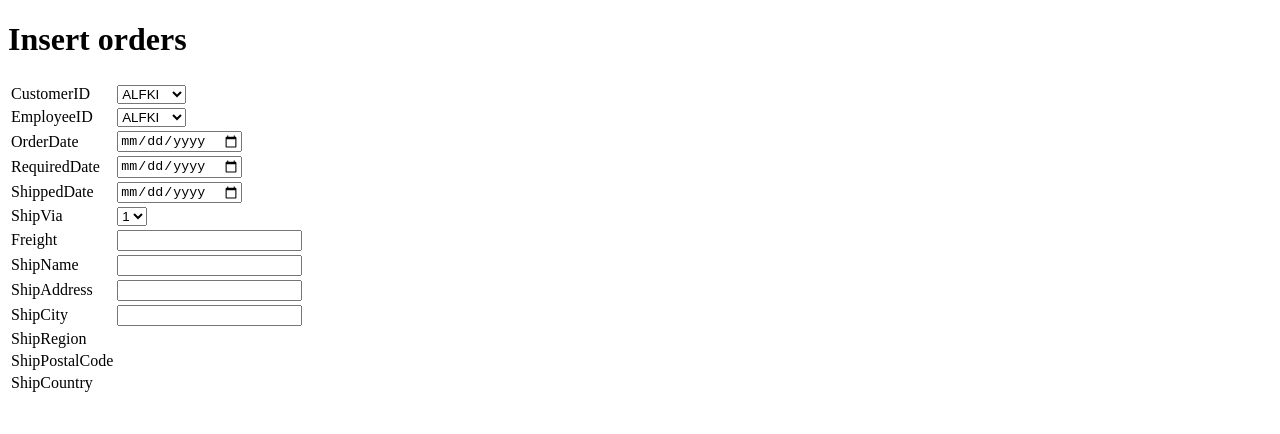
Repository: kaza1509/PRJ301
Page: SE1613/web/addOrder.html
These files come from the project's save history. The page is drawn as it stood at one moment and after the next save; the edit follows.
The browser window is 1280 px wide. The pictures show the whole page.

Above is the page before, as saved 2022-01-21 11:26:57.

### SE1613/web/addOrder.html
<!DOCTYPE html>
<html lang="en">
    <head>
        <meta charset="UTF-8">
        <meta http-equiv="X-UA-Compatible" content="IE=edge">
        <meta name="viewport" content="width=device-width, initial-scale=1.0">
        <title>Insert orders</title>
    </head>
    <body>
        <form action="" method="post">
            <table>
                <tr>
                    <h1>Insert orders</h1>
                </tr>
                <tr>
                    <td>CustomerID</td>
                    <td>
                        <select name="customerId">
                            <option value="ALFKI">ALFKI</option>
                            <option value="ANATR">ANATR</option>
                            <option value="ANTON">ANTON</option>
                            <option value="AROUT">AROUT</option>
                        </select>
                    </td>
                </tr>
                <tr>
                    <td>EmployeeID</td>
                    <td>
                        <select name="employeeId">
                            <option value="1">ALFKI</option>
                            <option value="2">ANATR</option>
                            <option value="3">ANTON</option>
                            <option value="3">AROUT</option>
                        </select>
                    </td>
                </tr>
                <tr>
                    <td>OrderDate</td>
                    <td>
                        <input type="date" name="orderDate">
                    </td>
                </tr>
                <tr>
                    <td>RequiredDate</td>
                    <td>
                        <input type="date" name="requiredDate">
                    </td>
                </tr>
                <tr>
                    <td>ShippedDate</td>
                    <td>
                        <input type="date" name="shippedDate">
                    </td>
                </tr>
                <tr>
                    <td>ShipVia</td>
                    <td>
                        <select name="shipVia">
                            <option value="1">1</option>
                            <option value="2">2</option>
                            <option value="3">3</option>
                        </select>
                    </td>
                </tr>
                <tr>
                    <td>Freight</td>
                    <td>
                        <input type="number" name="freight" step="0.01">
                    </td>
                </tr>
                <tr>
                    <td>ShipName</td>
                    <td>
                        <input type="text" name="shipName">
                    </td>
                </tr>
                <tr>
                    <td>ShipAddress</td>
                    <td>
                        <input type="text" name="shipAddress">
                    </td>
                </tr>
                <tr>
                    <td>ShipCity</td>
                    <td>
                        <input type="text" name="shipCity">
                    </td>
                </tr>
                <tr>
                    <td>ShipRegion</td>
                    <td>

                    </td>
                </tr>
                <tr>
                    <td>ShipPostalCode</td>
                    <td></td>
                </tr>
                <tr>
                    <td>ShipCountry</td>
                    <td></td>
                </tr>
            </table>
        </form>
    </body>
</html>

After the next save:
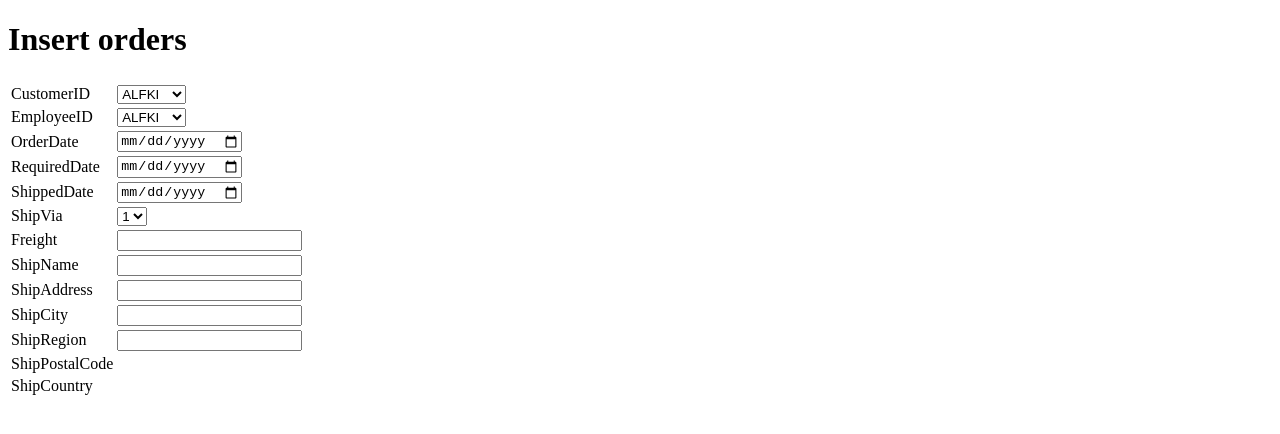
Saved 4 s later.
--- a/SE1613/web/addOrder.html
+++ b/SE1613/web/addOrder.html
@@ -89,7 +89,7 @@
                 <tr>
                     <td>ShipRegion</td>
                     <td>
-
+                        <input type="text" name="shipCity">
                     </td>
                 </tr>
                 <tr>
